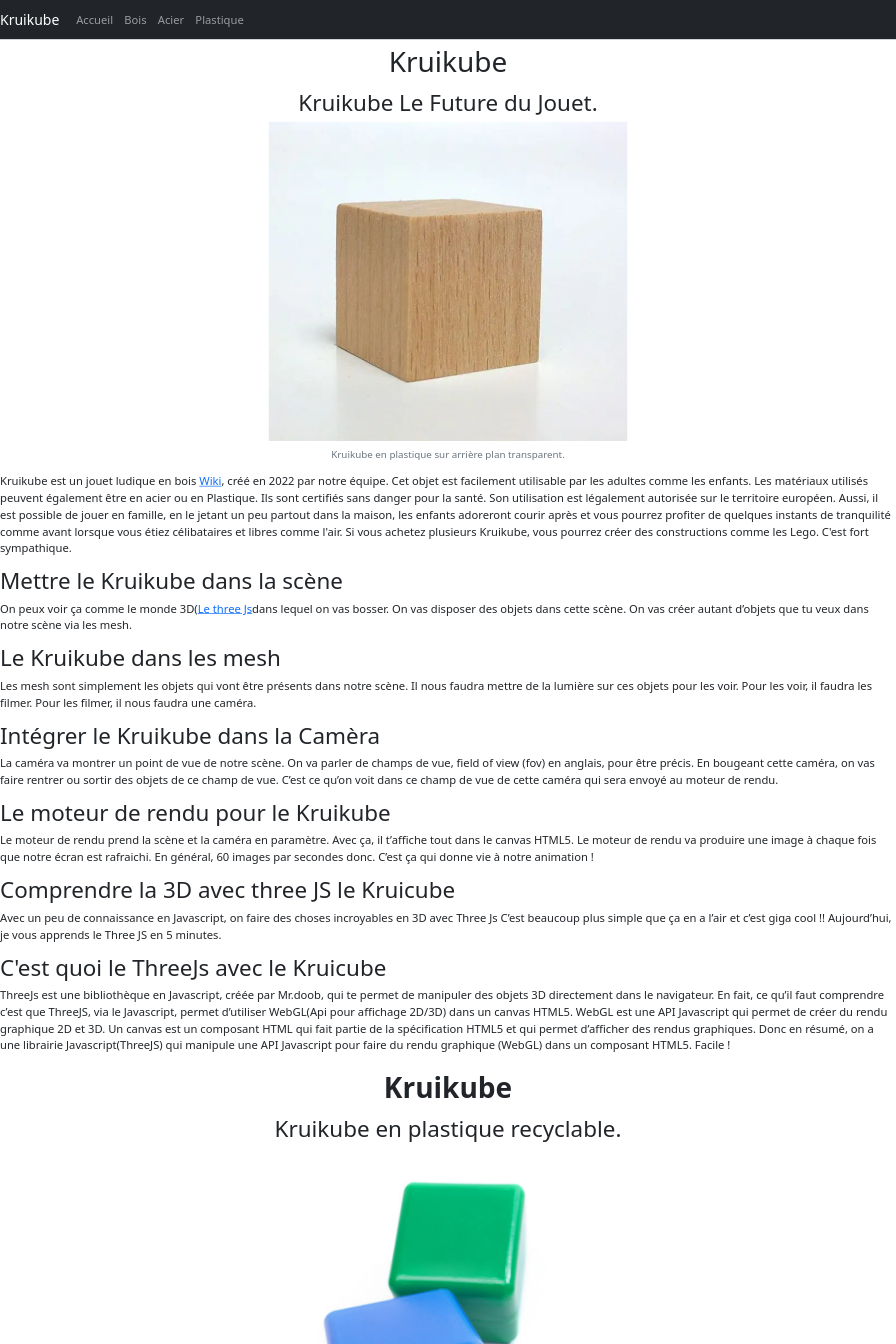
Repository: Kruikube/Kruikube
Page: index.html
The author's editor kept a copy of each file at every save. The page is drawn from the files as they stood at one save, then again after a run of saves.
The browser window is 1280 px wide. The pictures show the part of the page from y = 0 to 1920 px (the page is 4024 px tall), at 70% of full size.

Above is the page before, as saved 2022-03-31 11:24:59.

### index.html
<!DOCTYPE html>
<html lang="fr">
  <head>
    <meta name="google-site-verification" content="rqRWDcKGGp18_3HLGgnKKX7ZpV50yoEMRC7l_c2QEfM" />
    <meta charset="UTF-8" />
    <meta http-equiv="X-UA-Compatible" content="IE=edge" />
    <meta name="viewport" content="width=device-width, initial-scale=1.0" />
    <link
      href="https://cdn.jsdelivr.net/npm/bootstrap@5.1.3/dist/css/bootstrap.min.css"
      rel="stylesheet"
      integrity="sha384-1BmE4kWBq78iYhFldvKuhfTAU6auU8tT94WrHftjDbrCEXSU1oBoqyl2QvZ6jIW3"
      crossorigin="anonymous"
    />
    <title>Kruikube</title>
    <meta
      name="description"
      content="Le Kruikube est un jouet en bois fait pour petits et grands dont la composition peut être aussi en plastique et en acier"
    />
    <meta property="og:title" content="Kruikube" />
    <meta property="og:locale" content="fr_FR" />
    <meta
      property="og:description"
      content="Le Kruikube est un jouet en bois fait pour petits et grands dont la composition peut être aussi en plastique et en acier"
    />
    <meta property="og:url" content="#" />
    <meta property="og:site_name" content="Kruikube" />
    <meta property="og:type" content="website" />
  </head>
  <body>
    <nav class="navbar navbar-expand-lg navbar-dark bg-dark">
      <a class="navbar-brand" href="#">Kruikube</a>
      <button
        class="navbar-toggler"
        type="button"
        data-toggle="collapse"
        data-target="#navbarSupportedContent"
        aria-controls="navbarSupportedContent"
        aria-expanded="false"
        aria-label="Toggle navigation"
      >
        <span class="navbar-toggler-icon"></span>
      </button>

      <div class="collapse navbar-collapse" id="navbarSupportedContent">
        <ul class="navbar-nav mr-auto">
          <li class="nav-item active">
            <a class="nav-link" href="index.html">Accueil</a>
          </li>
          <li class="nav-item active">
            <a class="nav-link" href="bois.html">Bois</a>
          </li>
          <li class="nav-item active">
            <a class="nav-link" href="acier.html">Acier</a>
          </li>
          <li class="nav-item active">
            <a class="nav-link" href="plastique.html">Plastique</a>
          </li>
        </ul>
      </div>
    </nav>
    <section class="module-content">
      <article class="unit-wrapper">
        <div class="unit-copy-wrapper">
          <h1 class="headline d-flex py-2 justify-content-center">Kruikube</h1>
          <h2 class="subhead text-center" role="presentation">
            Kruikube Le Future du Jouet.
          </h2>
        </div>
        <figure class="figure d-block mx-auto text-center">
          <img
            class="figure-img img-fluid"
            alt="Kruikube en bois"
            src="Img.png"
            width="40%"
            height="40%"
          />
          <figcaption class="figure-caption">
            Kruikube en plastique sur arrière plan transparent.
          </figcaption>
        </figure>
        <div class="d-flex justify-content-center">
            <p>
              Kruikube est un jouet ludique en bois <a href="https://fr.wikipedia.org/wiki/Cubage_du_bois">Wiki</a>, créé en 2022 par notre équipe. Cet objet est facilement utilisable
              par les adultes comme les enfants. Les matériaux utilisés peuvent également être en acier ou en Plastique.
              Ils sont certifiés sans danger pour la santé. Son utilisation est légalement autorisée sur le territoire européen.
                Aussi, il est possible de jouer en famille, en le jetant un peu partout dans la maison, les enfants adoreront courir après et
                vous pourrez profiter de quelques instants de tranquilité comme avant lorsque vous étiez célibataires et libres comme l'air.
                Si vous achetez plusieurs Kruikube, vous pourrez créer des constructions comme les Lego. C'est fort sympathique.
            </p>
            </div>
      </article>
    </section>
      <h2>Mettre le Kruikube dans la scène</h2>
      <p>
        On peux voir ça comme le monde 3D(<a href="https://threejs.org/">Le three Js</a>dans lequel on vas bosser. On vas
        disposer des objets dans cette scène. On vas créer autant d’objets
        que tu veux dans notre scène via les mesh.
      </p>
      <h2>Le Kruikube dans les mesh</h2>
      <p>
        Les mesh sont simplement les objets qui vont être présents dans
        notre scène. Il nous faudra mettre de la lumière sur ces objets pour
        les voir. Pour les voir, il faudra les filmer. Pour les filmer, il
        nous faudra une caméra.
      </p>
      <h2>Intégrer le Kruikube dans la Camèra</h2>
      <p>
        La caméra va montrer un point de vue de notre scène. On va parler de
        champs de vue, field of view (fov) en anglais, pour être précis. En
        bougeant cette caméra, on vas faire rentrer ou sortir des objets de
        ce champ de vue. C’est ce qu’on voit dans ce champ de vue de cette
        caméra qui sera envoyé au moteur de rendu.
      </p>
      <h2>Le moteur de rendu pour le Kruikube</h2>
      <p>
        Le moteur de rendu prend la scène et la caméra en paramètre. Avec
        ça, il t’affiche tout dans le canvas HTML5. Le moteur de rendu va
        produire une image à chaque fois que notre écran est rafraichi. En
        général, 60 images par secondes donc. C’est ça qui donne vie à notre
        animation !
      </p>
     <h2>Comprendre la 3D avec three JS le Kruicube</h2>
    <p>Avec un peu de connaissance en Javascript, on faire des choses incroyables en 3D avec Three Js C’est beaucoup plus simple que ça en a l’air et c’est giga cool !! Aujourd’hui, je vous apprends le Three JS en 5 minutes.</p>

    <h2>C'est quoi le ThreeJs avec le Kruicube</h2>
    <p>ThreeJs est une bibliothèque en Javascript, créée par Mr.doob, qui te permet de manipuler des objets 3D directement dans le navigateur. En fait, ce qu’il faut comprendre c’est que ThreeJS, via le Javascript, permet d’utiliser WebGL(Api pour affichage 2D/3D) dans un canvas HTML5.
        WebGL est une API Javascript qui permet de créer du rendu graphique 2D et 3D. Un canvas est un composant HTML qui fait partie de la spécification HTML5 et qui permet d’afficher des rendus graphiques.
        Donc en résumé, on a une librairie Javascript(ThreeJS) qui manipule une API Javascript pour faire du rendu graphique (WebGL) dans un composant HTML5. Facile !</p>
    </div>
    <section class="module-content">
      <article class="unit-wrapper">
        <div class="unit-copy-wrapper">
          <h1 class="headline d-flex py-2 justify-content-center"><strong>Kruikube</strong></h1>
          <h2 class="subhead text-center" role="presentation">
            Kruikube en plastique recyclable.
          </h2>
        </div>
        <figure class="figure d-block mx-auto text-center">
          <img
            class="figure-img img-fluid"
            alt="Kruikube en bois"
            src="plastique.jpg"
            width="40%"
            height="40%"
          />
          <figcaption class="figure-caption">
            Kruikube jouet en plastique sur arriere plan transparent .
          </figcaption>
        </figure>
        <div class="d-flex justify-content-center">
            <p>
              <strong>Kruikube</strong> plastique est une version alternative de celui en bois, developpé par nos chercheurs il y a peu .  La version plastique  est trasportable
              par tout le monde. Ce jouet se décline sous plusieurs formes .
               Aucun danger pour votre vie . Produit légal et totalement utilisable en Europe et a l'Internationale . Kurikube est de manufacture 100% françaises .
               Aussi, vous avez la possibilité de vous amusez en famille.
               Avec different Kurikube vous pouvez les assemblez et crée differente construction.
            </p>
            </div>
      </article>
    </section>
    <section class="module-content">
      <article class="unit-wrapper">
        <div class="unit-copy-wrapper">
          <h1 class="headline d-flex py-2 justify-content-center"><strong>Kruikube</strong></h1>
          <h2 class="subhead text-center" role="presentation">
            Kruikube alternative acier.
          </h2>
        </div>
        <figure class="figure d-block mx-auto text-center">
          <img
            class="figure-img img-fluid"
            alt="Kruikube en bois"
            src="cube.jpeg"
            width="40%"
            height="40%"
          />
          <figcaption class="figure-caption">
            <strong>Kruikube</strong> en zinc .
          </figcaption>
        </figure>
        <div class="d-flex justify-content-center">
            <p>
              <strong>Kruikube</strong> :  est un jouet en bois innovant pour les enfants

              Il s’agit d’un phénomène naturel par lequel l’enfant observe consciemment ou pas des modèles autour de lui (grand frère, parents, enseignants, copains, grands-parents, etc.) et tente de reproduire les attitudes, les gestes, les intonations, etc. Ainsi, lorsque votre petite fille s’empare de son poupon pour le porter et lui donner à manger, elle imite maman ou papa qui fait pareil avec elle ou son petit frère.

              Les images du jeu sensoriel
              Le jeu sensoriel permet aux enfants d'essayer et d'apprendre de nouvelles façons de parler du monde. Kruikube favorise le développement de leur langage et les encourage à communiquer efficacement avec les autres pendant le jeu. Couplé aux spécificités des jouets en bois,Kruicube permet la polyvalence et stimulent l'imagination, l'enfant est stimulé pour exprimer les nouvelles émotions qu'il ressent.

              Quand les parents s'inquiètent de l'environnement
              Aujourd'hui, les parents sont soucieux de l'environnement. Ils s'inquiètent non seulement des substances toxiques non organiques contenues dans les jouets et les articles de tous les jours, mais aussi de leurs effets néfastes sur l'environnement. Les décharges et les océans sont encombrés de plastiques non biodégradables et nocifs pour les organismes vivants, ce qui vient s'ajouter aux problèmes environnementaux déjà pressants. Le bois, en revanche, est un matériau durable, recyclable et biodégradable. En outre, une étude récente montre que trois mois en moyenne après Noël, 41 % de tous les jouets en plastique finissent à la décharge. Imaginez l'effet de tout ce plastique sur l'environnement. Les jouets en bois, s'ils finissent un jour dans une décharge, ne causeront pas beaucoup de dégâts et, avec le temps, ils se décomposeront sans laisser de traces nocives sur la terre ou dans l'océan.

              Les jouets de fabrication non organique
              Les jouets de fabrication non organique comme le plastique et le métal sont connus pour contenir des substances toxiques telles que le BPA, le PVC, et pour les plus anciens de la peinture au plomb. L'exploration des sens chez les jeunes enfants passe par l'étape de la mise des jouets à la bouche. L'avantage des jouets en bois est dû à leurs constitutions organiques, non toxique et naturellement antibactérien. Contrairement aux jouets en plastique qui, lorsqu'ils sont cassés, peuvent laisser des bords tranchants et dentelés et des petits morceaux avalables. De plus, les jouets en bois sont plus durables et recyclables.

              Des jouets en bois à l'épreuve de la mémoire
              Quel plaisir de manipuler un jouet en bois. De sentir le poids, la sensation de la matière, des formes arrondies ou angulaires, des jouets en bois développent des connexions neurologiques complexes dans le cerveau de l'enfant et améliore sa mémoire. En explorant le monde par le biais du toucher, les enfants deviennent aptes à reconnaître les principaux éléments et attributs du monde : chaud ou froid, collant ou rugueux, humide ou sec, mou ou rigide. Le bois peut se réchauffer et atteindre la chaleur, et il a une légère odeur naturelle. C'est particulièrement bénéfique pour les jeunes enfants, qui découvrent et explorent le monde non seulement par le toucher et la vue, mais aussi par l'odorat et en mettant des choses dans leur bouche Un jouet en bois est très apaisant et ne fait pas seulement appel au sens du toucher de l'enfant. Des recherches montrent que les enfants sont plus tranquilles avec des jouets en bois qu'avec toute autre matière. Explorer et jouer avec des jouets fabriqués à partir de matériaux naturels permet aux enfants de ralentir et de sonder les qualités et les possibilités du jeu. Les jouets en plastique, aux couleurs vives et lustrées peuvent sur stimuler, stresser et épuiser l'enfant, contrairement à la nature minimaliste, saine et non intrusive des jouets en bois. Le résultat  avec <strong>Kruikube</strong> est un enfant plus tranquille, plongé dans un jeu imaginatif de qualité
            </p>
            </div>
      </article>
    </section>

    <footer class="bg-dark text-center text-white">
      <div class="container p-4 pb-0">
        <section class="mb-4">
          <a href="#" class="text-white">Page</a>
        </section>
      </div>
      <div class="text-center p-3" style="background-color: rgba(0, 0, 0, 0.2)">
        © 2020 Copyright:
        <p class="text-white">Kruikube</p>
      </div>
    </footer>
    <script
      src="https://cdn.jsdelivr.net/npm/bootstrap@5.1.3/dist/js/bootstrap.bundle.min.js"
      integrity="sha384-ka7Sk0Gln4gmtz2MlQnikT1wXgYsOg+OMhuP+IlRH9sENBO0LRn5q+8nbTov4+1p"
      crossorigin="anonymous"
    ></script>
  </body>
</html>

After the next 2 saves:
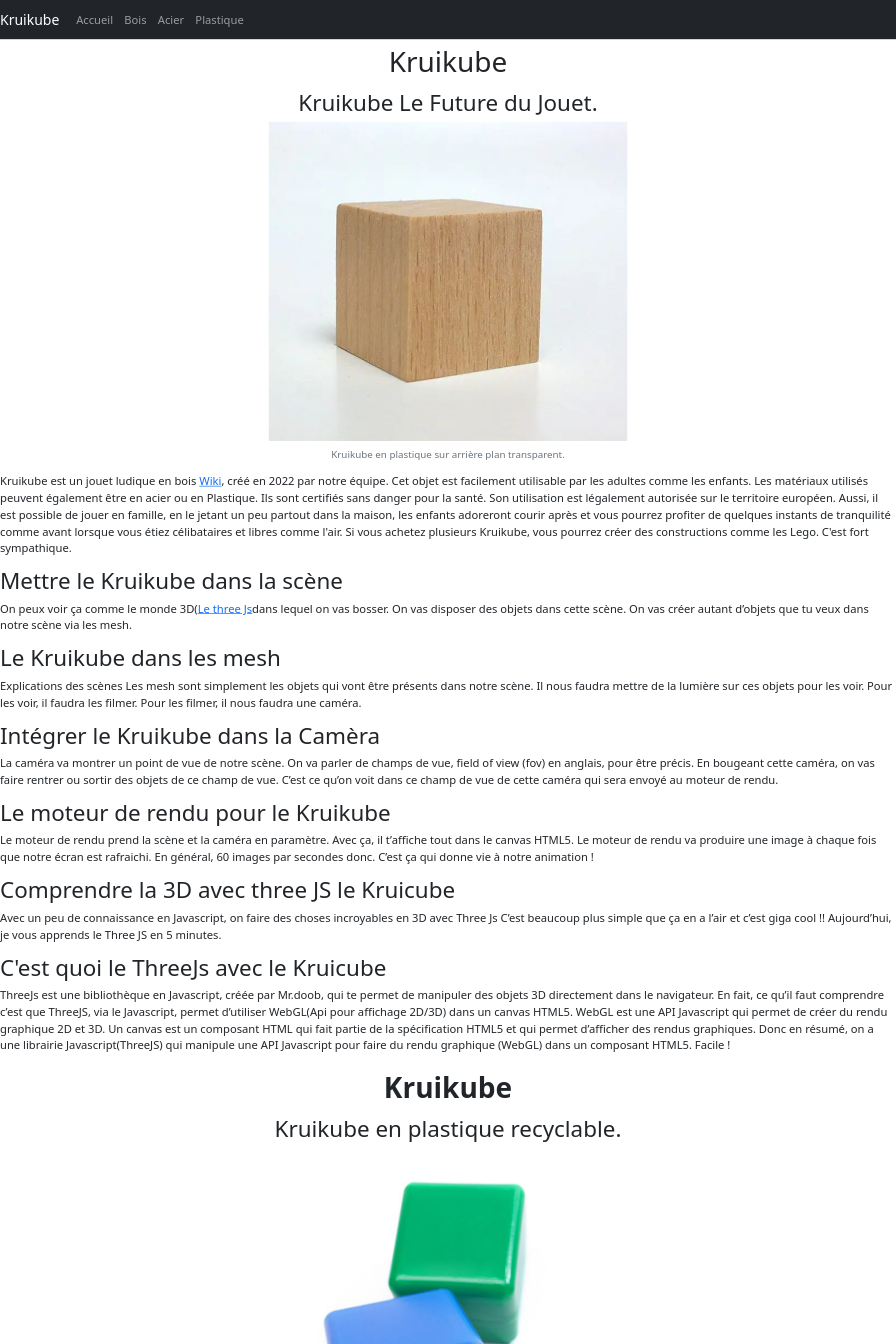
The 2 saves are shown as one change because they came seconds apart.
The last was saved 100 s later.
--- a/index.html
+++ b/index.html
@@ -98,7 +98,7 @@
       </p>
       <h2>Le Kruikube dans les mesh</h2>
       <p>
-        Les mesh sont simplement les objets qui vont être présents dans
+        Explications des scènes <a></a>Les mesh sont simplement les objets qui vont être présents dans
         notre scène. Il nous faudra mettre de la lumière sur ces objets pour
         les voir. Pour les voir, il faudra les filmer. Pour les filmer, il
         nous faudra une caméra.
